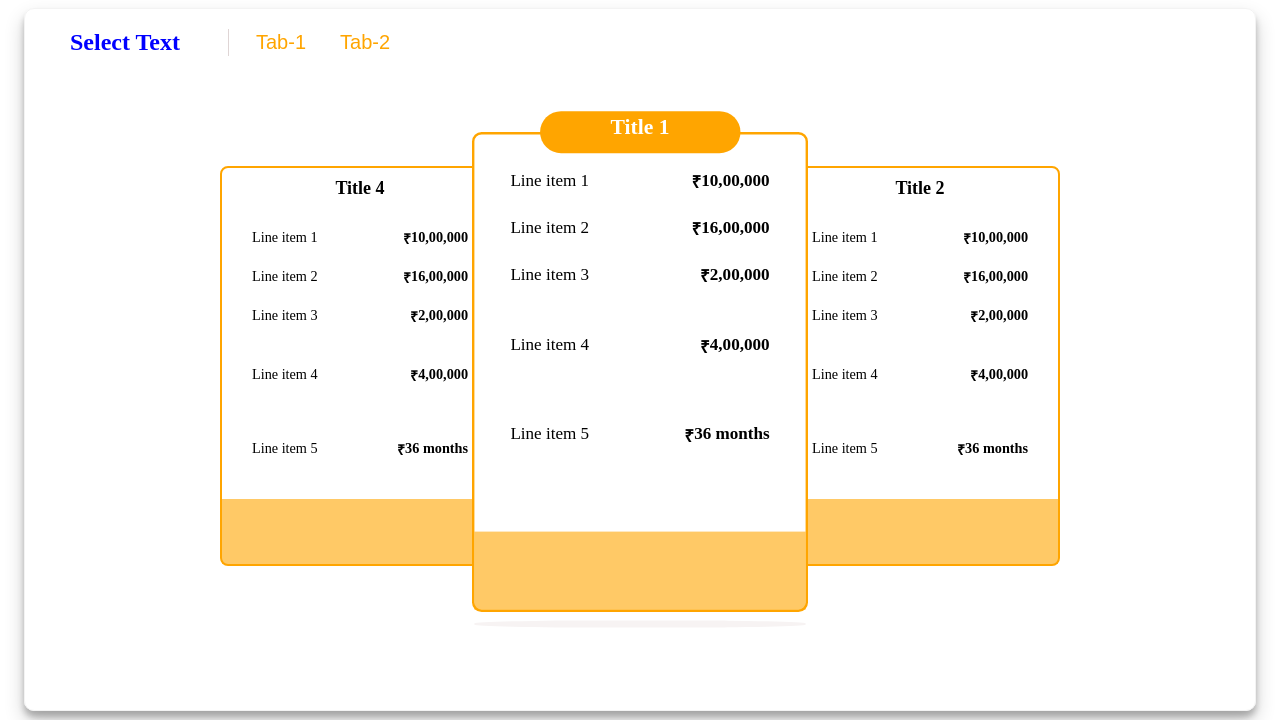
Repository: Adityanarayan-tiwari/Cardbox
Page: index.html
The author's editor kept a copy of each file at every save. The page is drawn from the files as they stood at one save, then again after a run of saves.
The browser window is 1280 px wide. The pictures show the whole page.

Above is the page before, as saved 2020-07-25 15:43:54.

### index.html
<!DOCTYPE html>
<html lang="en">
<head>
    <meta charset="UTF-8">
    <meta name="viewport" content="width=device-width, initial-scale=1.0">
    <title>CardBox</title>
    <link rel="stylesheet" href="./index.css">
</head>
<body>




    <!-- Page Wrapper -->
    <div class="page-wrapper">
        <div class="page-heading" id="myDIV">
            <h2>Select Text</h2>
            <button class="prev btn">Tab-1</button>
            <button class="next btn">Tab-2</button>
        </div>

        <!-- Card Slider -->
        <div class="card-slider">

            <!--  Card Wrapper -->
                <div class="card-wrapper">
                    <div class="card">
                        <h3>Title 1</h3>
                    <div class="card-content">
                        <ul>
                            <li>Line item 1</li>
                            <li><span>&#8377</span>10,00,000</li>
                        </ul>
                        <ul>
                            <li>Line item 2</li>
                            <li><span>&#8377</span>16,00,000</li>
                        </ul>
                        <ul>
                            <li>Line item 3</li>
                            <li><span>&#8377</span>2,00,000</li>
                        </ul>
                        <ul>
                            <li>Line item 4</li>
                            <li><span>&#8377</span>4,00,000</li>
                        </ul>
                        <ul>
                            <li>Line item 5</li>
                            <li><span>&#8377</span>36 months</li>
                        </ul>
                    </div>
                    <div class="lower"></div>
                    </div>
                    <div class="card">
                        <h3>Title 2</h3>
                    <div class="card-content">
                        <ul>
                            <li>Line item 1</li>
                            <li><span>&#8377</span>10,00,000</li>
                        </ul>
                        <ul>
                            <li>Line item 2</li>
                            <li><span>&#8377</span>16,00,000</li>
                        </ul>
                        <ul>
                            <li>Line item 3</li>
                            <li><span>&#8377</span>2,00,000</li>
                        </ul>
                        <ul>
                            <li>Line item 4</li>
                            <li><span>&#8377</span>4,00,000</li>
                        </ul>
                        <ul>
                            <li>Line item 5</li>
                            <li><span>&#8377</span>36 months</li>
                        </ul>
                    </div>
                    <div class="lower"></div>
                    </div>
                    <div class="card">
                        <h3>Title 3</h3>
                    <div class="card-content">
                        <ul>
                            <li>Line item 1</li>
                            <li><span>&#8377</span>10,00,000</li>
                        </ul>
                        <ul>
                            <li>Line item 2</li>
                            <li><span>&#8377</span>16,00,000</li>
                        </ul>
                        <ul>
                            <li>Line item 3</li>
                            <li><span>&#8377</span>2,00,000</li>
                        </ul>
                        <ul>
                            <li>Line item 4</li>
                            <li><span>&#8377</span>4,00,000</li>
                        </ul>
                        <ul>
                            <li>Line item 5</li>
                            <li><span>&#8377</span>36 months</li>
                        </ul>
                    </div>
                    <div class="lower"></div>
                    </div>
                    <div class="card">
                        <h3>Title 4</h3>
                    <div class="card-content">
                        <ul>
                            <li>Line item 1</li>
                            <li><span>&#8377</span>10,00,000</li>
                        </ul>
                        <ul>
                            <li>Line item 2</li>
                            <li><span>&#8377</span>16,00,000</li>
                        </ul>
                        <ul>
                            <li>Line item 3</li>
                            <li><span>&#8377</span>2,00,000</li>
                        </ul>
                        <ul>
                            <li>Line item 4</li>
                            <li><span>&#8377</span>4,00,000</li>
                        </ul>
                        <ul>
                            <li>Line item 5</li>
                            <li><span>&#8377</span>36 months</li>
                        </ul>
                    </div>
                    <div class="lower"></div>
                    </div>
                </div>
            <!-- // Card Wrapper -->

        </div>
        <!-- // Card Slider -->

    </div>
    <!-- // Page Wrapper -->







    <!-- JQuery cdn Link -->
    <script src="https://code.jquery.com/jquery-3.5.1.slim.min.js"></script>

    <!-- Slick Carousel JS cdn Link -->
    <script type="text/javascript" src="https://cdn.jsdelivr.net/npm/slick-carousel@1.8.1/slick/slick.min.js"></script>

    <!-- Custom JavaScript -->
    <script src="./index.js"></script>
</body>
</html>

### index.css

.page-wrapper{
    max-width: 1200px;
    margin: 0 auto;
    padding: 0 15px;
    border: 1px solid #f3f3f3;
    box-shadow: 0 10px 20px rgba(0,0,0,0.19), 0 6px 6px rgba(0,0,0,0.23);
    border-radius: 10px;
}

.page-heading{
    display: flex;
}
.page-heading h2 {
    margin: 20px 30px;
    color: blue;
    padding-right: 4%;
    border-right: 1px solid rgb(223, 213, 213);
    margin-right: 10px;
}
.page-heading .next,.prev {
    margin: 10px;
    display: block;
    background: transparent;
    border: 1px solid transparent;
    color: orange;
    font-size: 20px;
    outline: none;
    cursor: pointer;
}
/* .page-heading .next:hover{
    text-decoration: underline;
}
.page-heading .prev:hover{
    text-decoration: underline;
} */



.card-slider{
    margin: 2% auto 0% auto;
    /* background-color:yellowgreen; */
    /* border: 1px solid black;     */
}
.card-slider .card-wrapper{
    width: 70%;
    height: 550px;
    margin: 0 auto;
    overflow: hidden;
    /* background-color: bisque; */
    /* border:1px solid green; */
    padding: 3% 0 2% 0%;
}


.card-slider .card-wrapper .card{
    max-width: 300px;
    min-height: 400px;
    margin: 30px 0px 20px 0px;

    border: 2px solid orange;
    border-radius: 8px;
    background:white;
    outline: none;
    box-sizing:border-box;

    display: inline-block;
    position: relative;
}



.card h3{
    font-size: 18px;
    margin:0 auto;
    margin-top: 10px;
    margin-bottom:0px;
    text-align: center;
}


.card-content{
    padding: 20px 10px;
    padding-bottom: 60px;
}
.card-content ul{
    padding: 0;
    margin: 0;
    padding: 10px 0;
    display: flex;
    justify-content: space-between;
}
.card-content ul li{
    list-style: none;
    display: flex;
    padding: 0 20px;
    font-size: 0.89em;
}
.card-content ul li:nth-child(2){
    font-weight: bold;
}

.card-content ul:nth-child(4) {
    padding-top: 30px;
    padding-bottom: 35px;
}
.card-content ul:nth-child(5){
    padding-top: 20px;
    padding-bottom: 5px;
}
.lower {
    width: 100%;
    background: orange;
    height: 65px;
    box-sizing: border-box;
    position: absolute;
    bottom: 0;
    padding-top: 10px;
    opacity: .6;
}


    /* card hover  */

    /* .card:hover:after{
    position: absolute;
    content:'';
    bottom:-15px;
    width: 100%;
    height: 6px;
    border-radius: 40%;
    background:rgb(247, 243, 243);
} */




/*
.card:hover {
    transform:  translateX(0px) translateY(-32px) translateZ(0px) scale(1.2);
    transition: 1s ease-in-out;
    z-index: 1;
}

.card:hover h3{
    background: orange;
    border-radius: 20px;
    color: white;
    padding: 1% 3% 4% 3%;
    position: absolute;
    top: -3%;
    left: 50%;
    transform: translate(-50%,-50%);
    width: 150px;
}
.card:hover .middle {
    padding-top: 50px;
    padding-bottom: 60px;
} */


.slick-slide + .slick-slide {
    pointer-events: none;
}
.slick-slide + .slick-current  {
    pointer-events: fill;
}



.card-wrapper .card:nth-child(1){
    order: 1;
    /* pointer-events: none; */
}
.card-wrapper .card:nth-child(2){
    order: 2;
}





/* mystyle */


.btnactive {
    text-decoration: underline;
  }


.active{
    transform:  translateX(0px) translateY(-32px) translateZ(0px) scale(1.2);
    transition: 1s ease-in-out;
    z-index: 1;
}
.slick-center{
    transform:  translateX(0px) translateY(-25px) translateZ(0px) scale(1.2);
    transition: 1s ease-in-out;
    z-index: 1;
}
.slick-center:after{
    position: absolute;
    content:'';
    bottom:-15px;
    width: 100%;
    height: 6px;
    border-radius: 40%;
    background:rgb(247, 243, 243);
}


.slick-center h3{
    background: orange;
    border-radius: 20px;
    color: white;
    padding: 1% 3% 4% 3%;
    position: absolute;
    top: -3%;
    left: 50%;
    transform: translate(-50%,-50%);
    width: 150px;
}
.slick-center .middle {
    padding-top: 50px;
    padding-bottom: 60px;
}

### index.js

// Add active class to the current button (highlight it)
var header = document.getElementById("myDIV");
var btns = header.getElementsByClassName("btn");
for (var i = 0; i < btns.length; i++) {
  btns[i].addEventListener("click", function() {
  var current = document.getElementsByClassName("btnactive");
  if (current.length > 0) {
    current[0].className = current[0].className.replace(" btnactive", "");
  }
  this.className += " btnactive";
  });
}


$(document).ready(function(){
    $('.card-wrapper').slick({

    slidesToShow: 3,
    slidesToScroll: 1,

    accessibility: true,
    adaptiveHeight: true,
    centerMode: true,
    centerPadding: '0px',

    nextArrow:$('.next'),
    prevArrow:$('.prev'),
    responsive: [
    {
        breakpoint: 1240,
        settings: {
            arrows: true,
            slidesToShow: 3
        }
        },
        {
        breakpoint: 768,
        settings: {
            arrows: false,
            slidesToShow: 3
        }
        },
        {
        breakpoint: 480,
        settings: {
            arrows: false,
            slidesToShow: 1
        }
        }
    ]

    });
    // $('.card-wrapper').on('afterChange', function(event, slick, currentSlide){
    //     $('.card').removeClass('active');
    //     $('.card').addClass('active');
    // });

    // $('.card-wrapper').on('beforeChange', function(event, slick, currentSlide){
    //     $('.card').removeClass('active');
    //     $('.card').addClass('active');
    // });

});

After the next 2 saves:
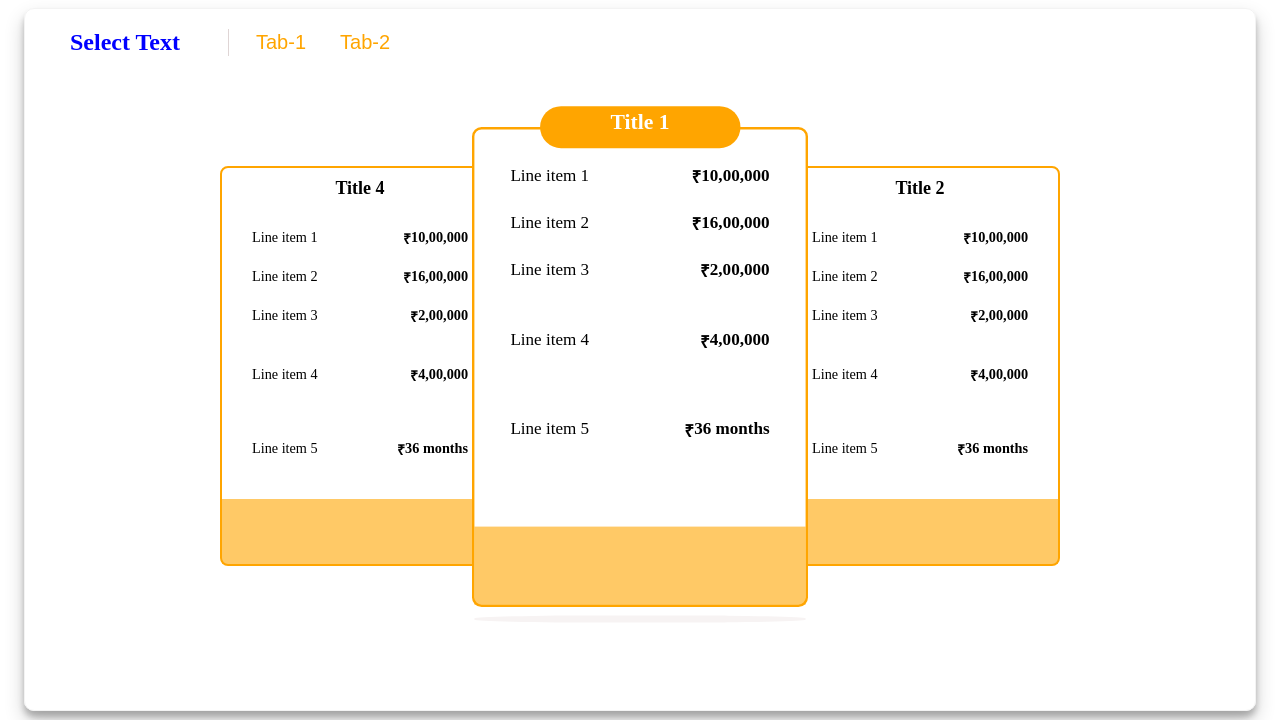
The 2 saves are shown as one change because they came seconds apart.
The last was saved 11 s later.
--- a/index.css
+++ b/index.css
@@ -194,7 +194,7 @@
     z-index: 1;
 }
 .slick-center{
-    transform:  translateX(0px) translateY(-25px) translateZ(0px) scale(1.2);
+    transform:  translateX(0px) translateY(-30px) translateZ(0px) scale(1.2);
     transition: 1s ease-in-out;
     z-index: 1;
 }
